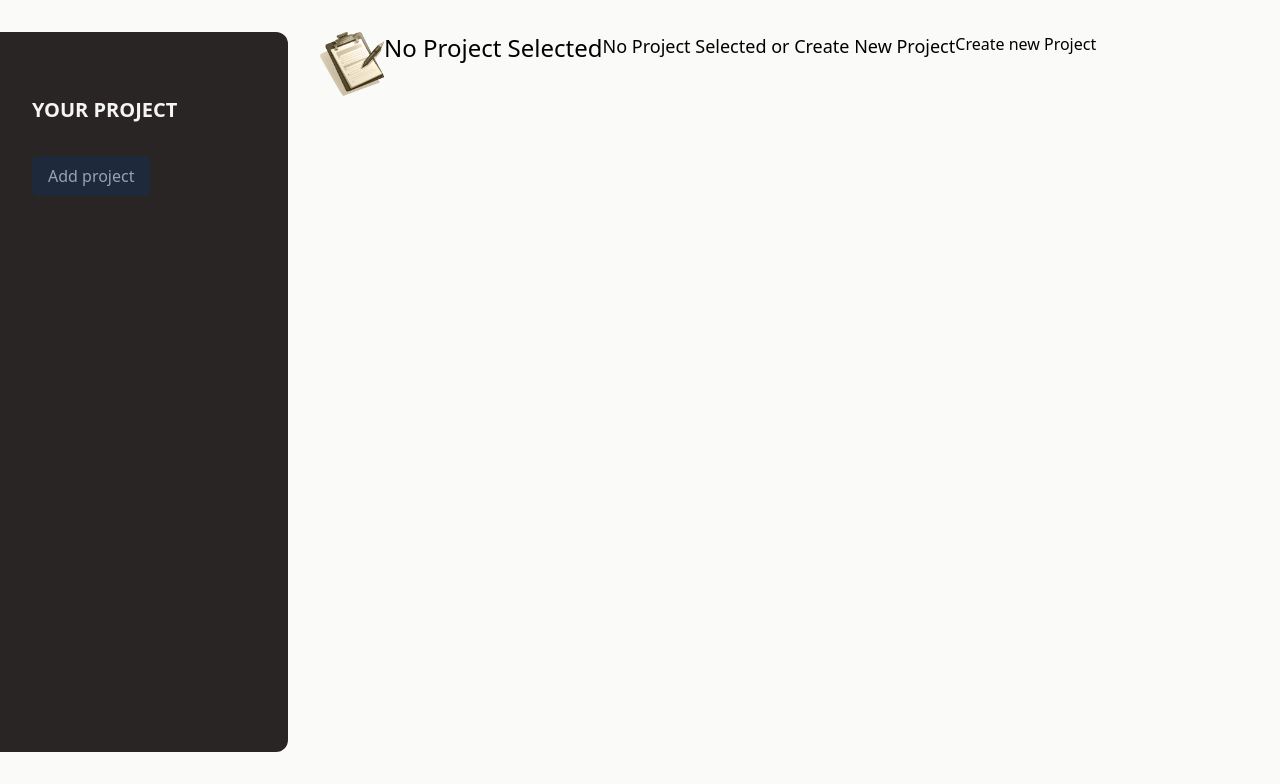
Repository: sibi24sibi/todo-list-using-reactjs
Page: /
An editor plug-in stored every save of this project. The page is shown before and after the next save, followed by the edit.
The browser window is 1280 px wide. The pictures show the whole page.
The project was rebuilt for these pictures with package versions that can differ from the ones it lists, and the page was loaded fresh each time. Also part of the build but not shown: vite.config.js, src/Components/Input.jsx, src/Components/NewProjects.jsx.

Above is the page before, as saved 2024-06-24 14:46:40.

### src/App.jsx
import NewPoject from "./Components/NewProjects";
import Noprojects from "./Components/NoProjects";
import SideBar from "./Components/SideBar";

function App() {
  return (
    <>
      <main className="h-screen my-8 flex gap-8">
        <SideBar />
        <Noprojects />
      </main>
    </>
  );
}

export default App;

### src/Components/NoProjects.jsx
import noProjects from "../assets/no-projects.png";

export default function Noprojects() {
  return (
    <div className="flex justify-center">
      <img src={noProjects} alt="No Projects" className="w-16 h-16" />
      <h2 className="text-2xl ">No Project Selected</h2>
      <p className=" text-lg">No Project Selected or Create New Project</p>
      <p>
        <button className="">Create new Project</button>
      </p>
    </div>
  );
}

### src/Components/SideBar.jsx
export default function SideBar() {
  return (
    <aside className="w-1/3 px-8 py-16 bg-stone-800 text-stone-50 md:w-72 rounded-r-xl">
      <h2 className="mb-8 font-bold uppercase md:text-xl text-stone-100">
        your project
      </h2>
      <div>
        <button className="px-4 py-2 text-slate-400 hover:text-slate-900 md:text-base rounded-md bg-slate-800 hover:bg-slate-400">
          Add project
        </button>
      </div>
      <ul></ul>
    </aside>
  );
}

Loaded but not shown: index.html (common file); src/main.jsx (common file); src/index.css (common file); tailwind.config.js (common file)

After the next save:
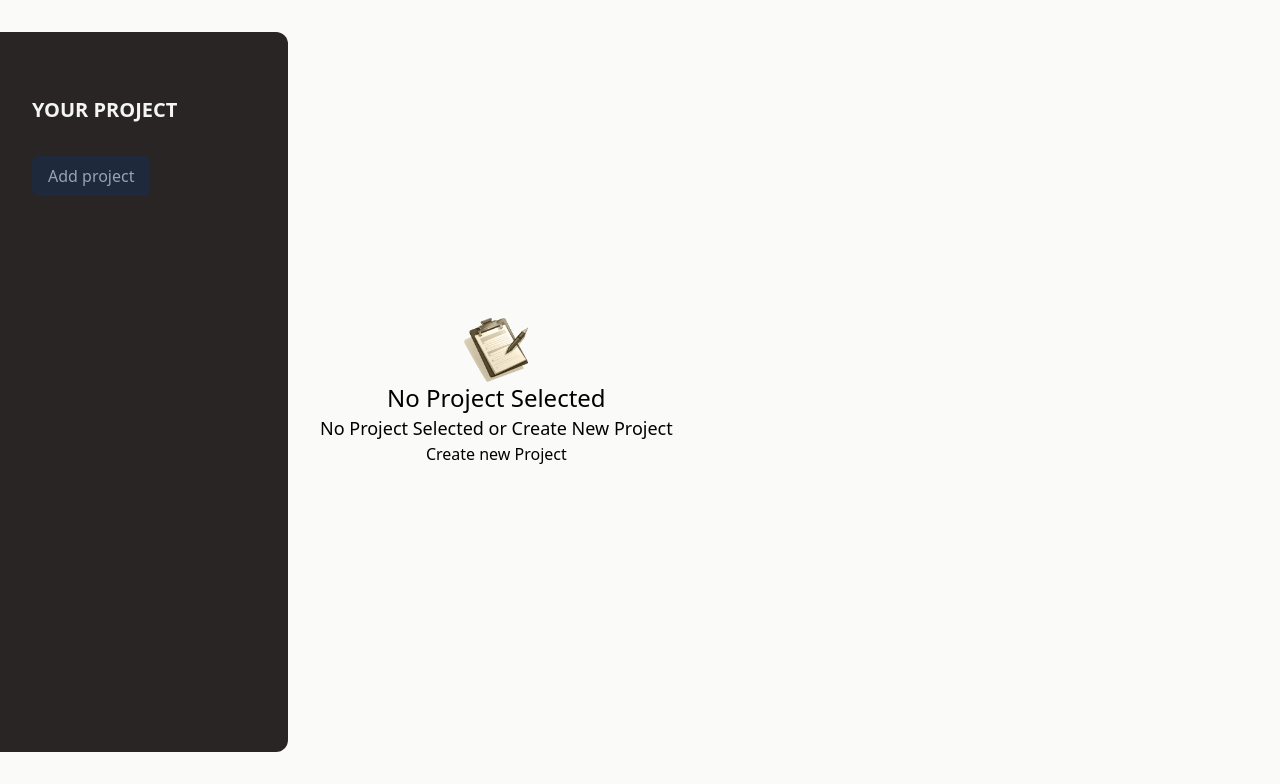
Saved 15 s later.
--- a/src/Components/NoProjects.jsx
+++ b/src/Components/NoProjects.jsx
@@ -2,7 +2,7 @@ import noProjects from "../assets/no-projects.png";
 
 export default function Noprojects() {
   return (
-    <div className="flex justify-center">
+    <div className="flex flex-col justify-center items-center">
       <img src={noProjects} alt="No Projects" className="w-16 h-16" />
       <h2 className="text-2xl ">No Project Selected</h2>
       <p className=" text-lg">No Project Selected or Create New Project</p>
